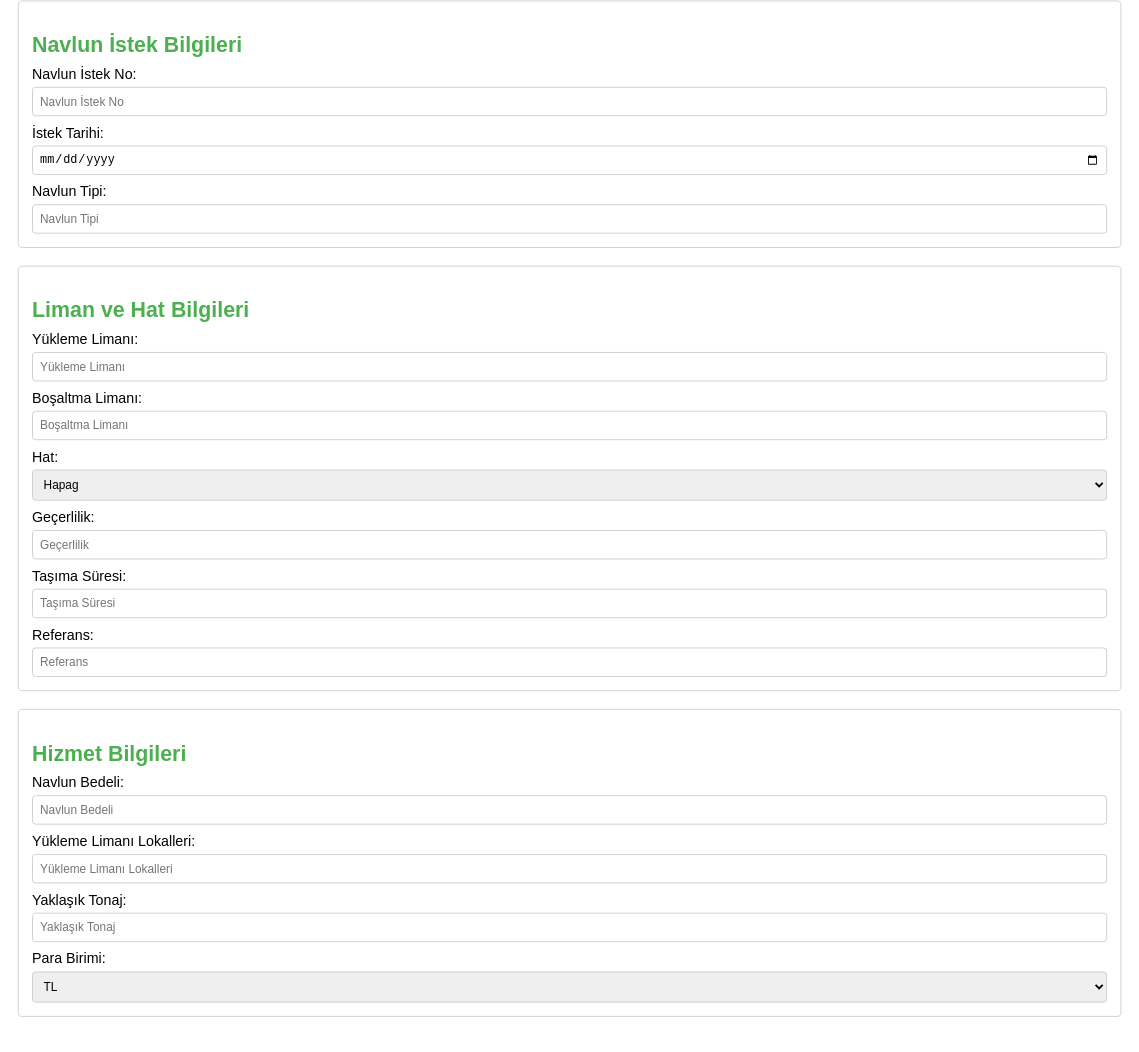
Repository: EfeAykut/navlun
Page: navlun.html
The author's editor kept a copy of each file at every save. The page is drawn from the files as they stood at one save, then again after the next save.
The browser window is 1280 px wide. The pictures show the part of the page from y = 132 to 1314 px (the page is 1314 px tall), at 89% of full size.
A picture or video elsewhere on the page could not be fetched, so the positions and the page height are approximate.

Above is the page before, as saved 2024-11-19 11:12:25.

### navlun.html
<!DOCTYPE html>
<html lang="tr">

<head>
    <meta charset="UTF-8">
    <meta name="viewport" content="width=device-width, initial-scale=1.0">
    <title>Navlun İstek Formu</title>
    <style>
        body {
            font-family: Arial, sans-serif;
            margin: 0;
            padding: 0;
        }

        header {
            background-color: #010c6e;
            color: white;
            text-align: center;
            padding: 1rem;
            display: flex;
            justify-content: space-between;
            /* Logo ve başlık arasında boşluk bırakır */
            align-items: center;
            /* Dikey olarak ortalar */
        }

        .logo {
            width: 100px;
            /* Logo genişliği */
            height: auto;
            /* Orantılı yükseklik */
            margin: 0 10px;
            /* Kenar boşluğu */
        }

        .header-title {
            flex-grow: 1;
            /* Başlık alanının genişlemesine izin verir */
        }

        .container {
            padding: 20px;
        }

        .form-section {
            margin-bottom: 20px;
            padding: 15px;
            border: 1px solid #ccc;
            border-radius: 5px;
        }

        h2 {
            color: #4CAF50;
        }

        label {
            display: block;
            margin-top: 10px;
        }

        input,
        select {
            width: 100%;
            padding: 8px;
            margin-top: 5px;
            border: 1px solid #ccc;
            border-radius: 4px;
            box-sizing: border-box;
        }

        input[type="date"] {
            padding: 7px;
        }

        input:focus,
        select:focus {
            border-color: #4CAF50;
            outline: none;
        }

        .form-section h2 {
            margin-bottom: 10px;
        }
    </style>
</head>

<body>
    <header>
        <img src="sol-logo.png" alt="Sol Logo" class="logo"> <!-- Sol logo -->
        <div class="header-title">
            <h1>Navlun İstek Formu</h1>
        </div>
        <img src="sag-logo.png" alt="Sağ Logo" class="logo"> <!-- Sağ logo -->
    </header>
    <div class="container">
        <section class="form-section">
            <h2>Navlun İstek Bilgileri</h2>
            <label for="istekNo">Navlun İstek No:</label>
            <input type="text" id="istekNo" placeholder="Navlun İstek No">

            <label for="istekTarihi">İstek Tarihi:</label>
            <input type="date" id="istekTarihi">

            <label for="navlunTipi">Navlun Tipi:</label>
            <input type="text" id="navlunTipi" placeholder="Navlun Tipi">
        </section>

        <section class="form-section">
            <h2>Liman ve Hat Bilgileri</h2>
            <label for="yüklemeLimani">Yükleme Limanı:</label>
            <input type="text" id="yüklemeLimani" placeholder="Yükleme Limanı">

            <label for="boşaltmaLimani">Boşaltma Limanı:</label>
            <input type="text" id="boşaltmaLimani" placeholder="Boşaltma Limanı">

            <label for="hat">Hat:</label>
            <select id="hat">
                <option value="Hapag">Hapag</option>
                <option value="Tolga">Tolga</option>
                <option value="Efe">Efe</option>
            </select>

            <label for="geçerlilik">Geçerlilik:</label>
            <input type="text" id="geçerlilik" placeholder="Geçerlilik">

            <label for="taşımaSüresi">Taşıma Süresi:</label>
            <input type="text" id="taşımaSüresi" placeholder="Taşıma Süresi">

            <label for="referans">Referans:</label>
            <input type="text" id="referans" placeholder="Referans">
        </section>

            <section class="form-section">
                <h2>Hizmet Bilgileri</h2>
                <label for="navlunBedeli">Navlun Bedeli:</label>
                <input type="text" id="navlunBedeli" placeholder="Navlun Bedeli">

                <label for="yüklemeLimaniLokalleri">Yükleme Limanı Lokalleri:</label>
                <input type="text" id="yüklemeLimaniLokalleri" placeholder="Yükleme Limanı Lokalleri">

                <label for="yaklaşıkTonaj">Yaklaşık Tonaj:</label>
                <input type="text" id="yaklaşıkTonaj" placeholder="Yaklaşık Tonaj">

                <label for="paraBirimi">Para Birimi:</label>
                <select id="paraBirimi">
                    <option value="TL">TL</option>
                    <option value="USD">USD</option>
                    <option value="EUR">EUR</option>
                </select>
            </section>
    </div>
</body>

</html>

After the next save:
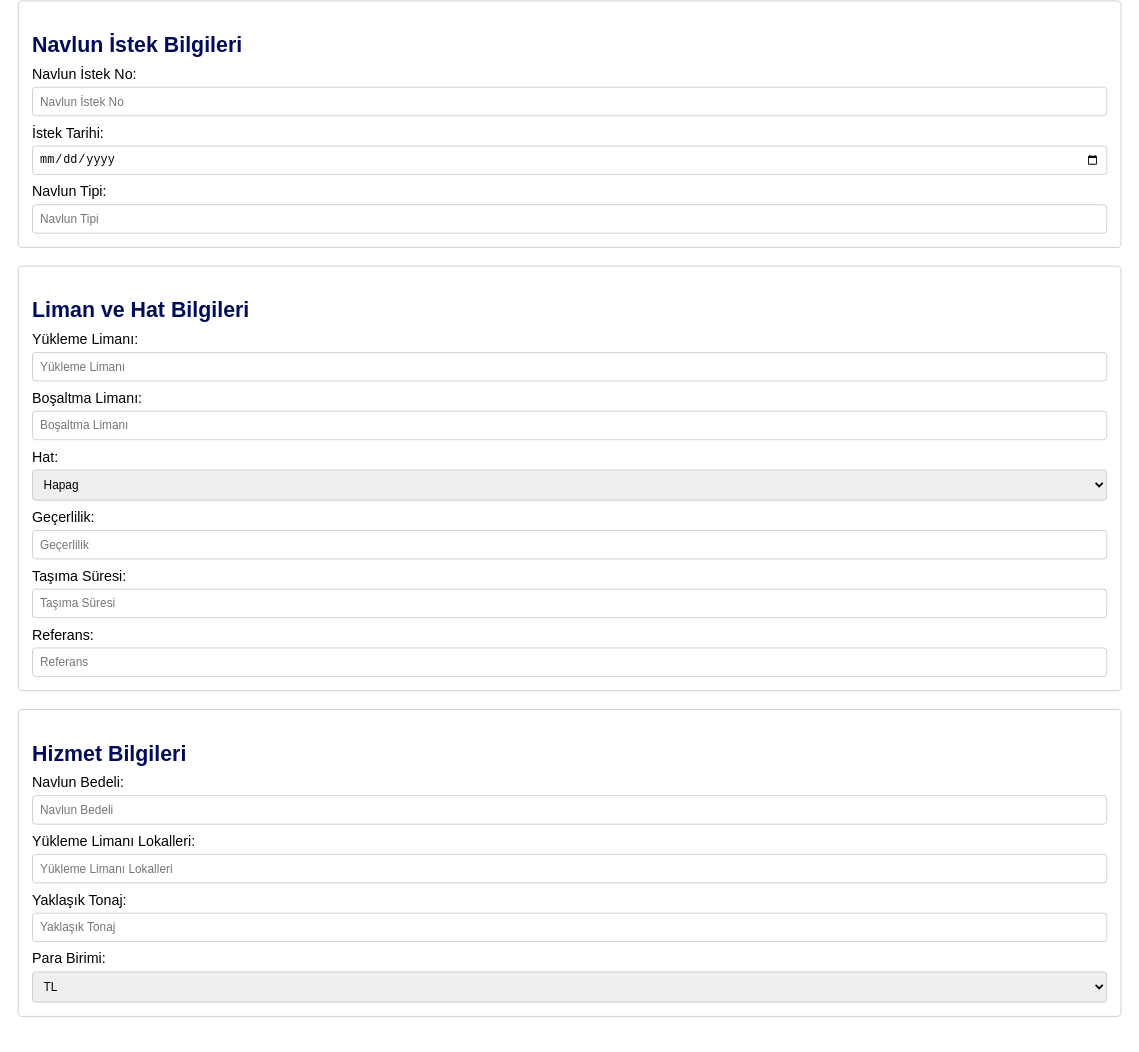
Saved 9 s later.
--- a/navlun.html
+++ b/navlun.html
@@ -50,7 +50,7 @@
         }
 
         h2 {
-            color: #4CAF50;
+            color: #000c59;
         }
 
         label {
